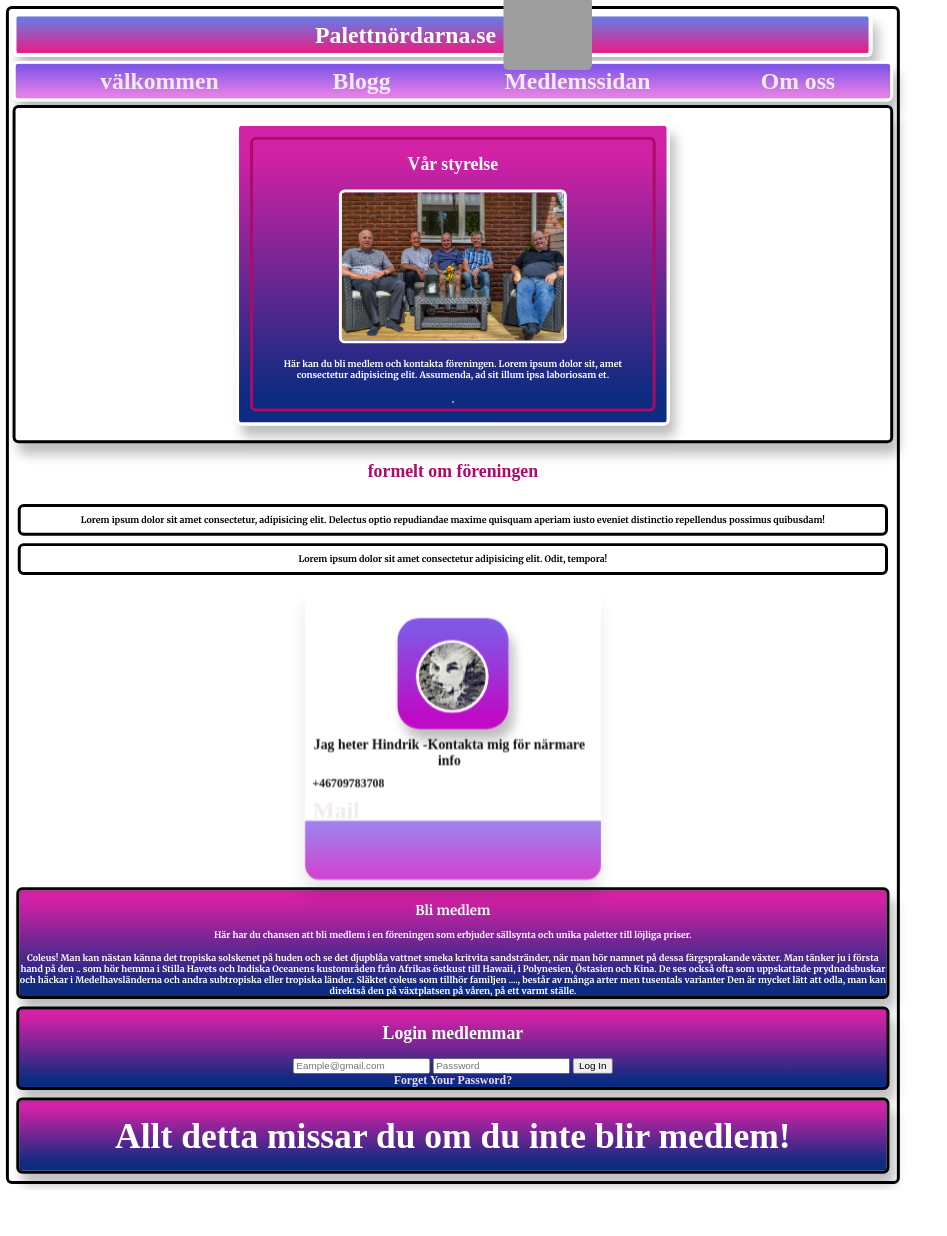
Repository: Webutveckling-20-21/lektion-3-CSS
Page: medlemssidan.html
An editor plug-in stored every save of this project. The page is shown before and after the next save, followed by the edit.
The browser window is 1280 px wide. The pictures show the whole page, at 74% of full size.
Pictures or frames that could not be fetched are drawn as grey boxes. Some web fonts or font styles are not loaded; a fallback is used.

Above is the page before, as saved 2021-10-14 16:42:24.

### medlemssidan.html
<!DOCTYPE html>
<html lang="en">

<head>
    <meta charset="UTF-8">
    <meta http-equiv="X-UA-Compatible" content="IE=edge">
    <meta name="viewport" content="width=device-width, initial-scale=1.0">
    <!-- <link rel="stylesheet" href="style3.css"> -->
    <link rel="stylesheet" href="style4.css">
    <title>om oss</title>
</head>

<body>
    <div class="header">

        <h1>Palettnördarna.se</h1>
        <div class="logo">
            <img src="images/logga.png" alt="logga" class="logo-img">
        </div>

    </div>

    <ul class="navbar">
        <li>
            <a href="valkommen.html"> välkommen</a>
        </li>
        <li class="nav-list">
            <a href="blogg.html">Blogg</a>
        </li>
        <li><a href="medlemssidan.html">Medlemssidan</a></li>
        <li><a href="om oss.html">Om oss</a></li>

    </ul>

    <div class="box">
        <!--
            Ta bort ett block för att få plats med inloggningslänkar mm
         -->

        <!--

        <div class="green">
            <div class="text-info">
                <p> Lorem ipsum dolor sit, amet consectetur adipisicing elit. Assumenda, ad sit illum ipsa laboriosam
                    et.</p>
                <h2>Blockbilder</h2>
                <div class="picture">
                    <div class="pics1 pics"> <img src="images/20171005_201321.jpg" alt=""> </div>
                    <div class="pics2 pics"> <img src="images/1493892949023.jpeg" alt=""> </div>
                    <div class="pics3 pics"> <img src="images/1494397130015.jpeg" alt=""> </div>
                    <div class="pics3 pics"> <img src="images/1494397130015.jpeg" alt=""> </div>
                    <div class="pics3 pics"> <img src="images/1494397130015.jpeg" alt=""> </div>
                </div>

            </div>
        </div>
         -->
         <div class="flex-red">
         <div class="red">
            <div class="text-info">
                <h2>Vår styrelse</h2>
                <div class="everything">
                <img src="images/styrelse.jpg" alt="styrelsen">
                <p> Här kan du bli medlem och kontakta föreningen. Lorem ipsum dolor sit, amet consectetur adipisicing
                    elit. Assumenda, ad sit illum ipsa laboriosam
                    et.</p>
                <hr>
            </div>
            </div>
    </div>

</div>
</div>

    <main class="main-content">
        <h2>formelt om föreningen</h2>
        <div class="information">
            <p>Lorem ipsum dolor sit amet consectetur, adipisicing elit. Delectus optio repudiandae maxime quisquam
                aperiam iusto eveniet distinctio repellendus possimus quibusdam!</p>
            <p>Lorem ipsum dolor sit amet consectetur adipisicing elit. Odit, tempora!

            </p>


<div class="card-container">
             <div class="card">

 <div class="content">
                    <div class="imgBx">
                        <img src="jag.jpg">
                    </div>
                    <div class="details">
                        <div>
                            <h3> Jag heter Hindrik -Kontakta mig för närmare info</h3>
                            <h2></h2>
                        </div>
                        <div>
                            <ion-icon name="call-outline"></ion-icon>
                            <span>+46709783708</span>
                        </div>
                        <div class="mail">
                            <ion-icon name="mail-outline"></ion-icon>
                            <span> <a href=" hindrikounpuu@gmail.com"> Mail</a></span>
                        </div>
                        <br>
                    </div>
                </div>
            </div>

        </div>
    </div>

    </main>

    <section class="contact-all">

        <h2>Bli medlem</h2>

        Här har du chansen att bli medlem i en föreningen som erbjuder sällsynta och unika
        paletter till löjliga priser. <br><br>

        Coleus! Man kan nästan känna det tropiska solskenet på huden och se det djupblåa vattnet smeka kritvita
        sandstränder, när man hör namnet på dessa färgsprakande växter.



        Man tänker ju i första hand på den .. som hör hemma i Stilla Havets och Indiska Oceanens kustområden från
        Afrikas östkust till Hawaii, i Polynesien, Östasien och Kina. De ses också ofta som uppskattade prydnadsbuskar
        och häckar i Medelhavsländerna och andra subtropiska eller tropiska länder.

        Släktet coleus som tillhör familjen ...., består av många arter men tusentals varianter Den är mycket lätt att
        odla, man kan direktså den på växtplatsen på våren, på ett varmt ställe.

        <!-- <div class="contact-info"> -->


        <!-- </div> -->

    </section>

    <section class="login-container">
        <!--inputs-->
        <div class="login-inputs">
            <!--heading-->
            <h1>Login medlemmar</h1>
            <form>
                <input type="email" placeholder="Eample@gmail.com">
                <input type="password" placeholder="Password">
                <button>Log In</button>
            </form>
            <!--forget-->
            <a href="#" class="forget">Forget Your Password?</a>
        </div>
    </section>

    <footer class="footer-place"> Allt detta missar du om du inte blir medlem!</footer>

</body>

</html>

### style4.css
@import url('https://fonts.googleapis.com/css2?family=Grechen+Fuemen&display=swap');
@import url('https://fonts.googleapis.com/css2?family=Roboto&display=swap');
@import url('https://fonts.googleapis.com/css2?family=Merriweather:wght@700&display=swap');

body {
    font-family: 'Grechen Fuemen', cursive;
    font-weight: bolder;
    border: 4px solid black;
    border-radius: 8px;
    max-width: 1200px;
}

.header {
    display: flex;
    width: 96%;
    height: 50px;
    border: 5px solid white;
    background: linear-gradient(to bottom, #6f76df 10%, #df258b 90%);
    box-shadow: 7.6px 15.2px 15.2px hsl(0deg 0% 0% / 0.26);
    border-radius: 8px;
    justify-content: center;
    align-items: center;
    margin: 5px;}

.header h1 {
    color:white;
    font-size:2.0rem;
    text-align:center;
    z-index: 2;
    margin-left: 40px;

}

.logo-img {
    border: 0px;
    height:100px;
    z-index:1;
    margin-right:10px;

}



.navbar {

    width: auto;
    height: auto;
    display: flex;
    align-items: center;
    justify-content: space-around;
    background-color: #eed9f8;
    margin: 5px;
    border-radius: 8px;
    flex-wrap: wrap;
}

audio {
    width: 200px;
    height: 50px;
}

ul {

    list-style-type: none;
    flex-wrap: wrap;
    margin-left: 5;
    margin-right: 5;
    padding: 10;
    width: 90%;
    height: auto;
    overflow: hidden;
    border: 4px solid white;
    background: linear-gradient(to bottom, #8257e7 10%, #e47ee7 90%);
    box-shadow: 7.6px 15.2px 15.2px hsl(0deg 0% 0% / 0.26);
}

.nav-list {
    margin: 5px;
    flex-wrap: wrap;

}

a {
    text-decoration: none;
    font-size: 2rem;
    color: rgb(241, 234, 241);


}

a:hover {
    background: linear-gradient(to bottom, #b371d1 10%, #eb5aaa 90%);
    border-radius:5px;
}

.card-container{
    display:flex;
    justify-content: center;
    align-items: center;
}
.card
{
    display:flex;
     position: relative;
    max-width: 400px;
    border-top: 2px solid rgba(255,255,255,0.5);
    height: 400px;
    background: rgba(255,255,255,0.1);
    backdrop-filter: blur(10px);
    border-radius: 20px;
    overflow: hidden;
    box-shadow: 0 25px 25px rgba(0,0,0,0.1);
    justify-content: center;
    align-items: center;
    z-index: 10;
    transition: 1s;
    /* margin-left: 20%; */


}
.card:hover
{
    transform: scale(1.2);
    background: rgba(255,255,255,0.2);
}
.card::before
{
    content: '';
    position: absolute;
    bottom: 0;
    width: 100%;
    height: 80px;
    background: linear-gradient(to bottom, #8257e7 10%, #bf0bc5 90%);
    opacity: 0.75;
}
.content
{
    display: flex;
    justify-content: center;
    align-self: center;
    gap: 10px;
    flex-wrap: wrap;
    text-align: center;

}
.content .imgBx{
    position: relative;
    width: 90px;
    height: 90px;
    overflow: hidden;
    border-radius: 30px;
    box-shadow: 0 0 0 10px rgba(255,255,255,0.1);
    -webkit-border-radius: 30px;
    -moz-border-radius: 30px;
    -ms-border-radius: 30px;
    -o-border-radius: 30px;
    padding: 30px;
    background: linear-gradient(to bottom, #8257e7 10%, #bf0bc5 90%);
    box-shadow: 7.6px 15.2px 15.2px hsl(0deg 0% 0% / 0.26);
}
.content .imgBx img
{
    display:flex;
    position: relative;
    top: 0px;
    left: 0px;
    width: 100%;
    height: 100%;
    object-fit: cover;
    justify-content: center;
    border-radius:  50% ;
    -webkit-border-radius:  50% ;
    -moz-border-radius:  50% ;
    -ms-border-radius:  50% ;
    -o-border-radius:  50% ;
    margin-left:-5px;

}

.details
{
    display: flex;
    flex-direction:column;
    gap: 10px;
}
.details h3
{
    font-weight: 600;
    color: #111;
}
.details div
{
    display: flex;
    align-items: center;
    gap: 10px;
}
.details ion-icon
{
    font-size: 1.4em;
    color: #111;
}
.details span
{
    color: #111;
}


/*
.thumbnail:hover {
    position: relative;
    top: -10px;
    /* left: -10px;
    right: 30px;
    width: 175px;
    height: auto;
    display: block;
    z-index: 999;
    transition: all .5s ease-in-out;
}  */

.marg-text {
    text-align: justify;
}

/* <img src="[your hosted image URL]" class="thumbnail" height="100" width="100" />  */



.box {
    /* background: linear-gradient(to bottom, #c69de7 10%, #e47ee7 90%); */
    /* height:200px; */
    display: flex;
    /* max-width: 100%; */
    align-items:center;
    justify-content: center;
    flex-direction: row;
    flex-wrap: wrap;
    border: 4px solid rgb(86, 5, 102);
    background-color: white;
    border-radius: 8px;
    flex-wrap: wrap;
    border: solid 4px black;
    margin: 5px;
    /* opacity: 0.5; */
    box-shadow: 7.6px 15.2px 15.2px hsl(0deg 0% 0% / 0.26);
}
.everything{
    display:flex;
    align-items: center;
    justify-content:center;
    flex-wrap: wrap;
}

.flex-red{
    display:flex;
   justify-content:center;
   align-items:center;
  width: 400px;

}

.red {
    display:flex;
    flex-direction: column;
    width: 90vh;
    margin: 20px;
    align-items: center;
    padding: 10px;
    color: white;
    border: 4px solid white;
    background: rgba(255, 255, 255, 0.1);
    border-radius: 8px;
    background: linear-gradient(to bottom, #d121a5 10%, #0d2b80 90%);
    box-shadow: 7.6px 15.2px 15.2px hsl(0deg 0% 0% / 0.26);

}
.text-info{
    display:flex;
    align-items: center;
   flex-direction: column;
    flex-wrap:wrap;
    text-align:center;
    width: 75vh;
    border-radius:10px;
}

.red .text-info img {
    width: 90vh;
    height:auto;

}


.red .text-info h2{
    text-align: center;
}

.main-content {
    display: flex;
    flex-direction: column;
    text-align: center;
    border:solid 4 #0d2b80;
    border-radius: 8px;
    margin: 2px;
}

main {
    border-radius: 8px;
}
.main-content>h2 {
    color: rgb(173, 10, 105);
}
.information>p {
    color: black;
    border: solid 4px black;
    border-radius: 8px;
}

.text-info {
    border: solid 4px rgb(173, 10, 105);
    border-radius: 8px;
    margin: 5px;

}

.picture {
    display: flex;
    flex-wrap: wrap;
    border: solid 4px rgb(173, 10, 105);

}

img {
    margin-left: 10px;
    margin-right: 10px;
    width: 120px;
    border-radius: 8px;
    max-width: 300px;
    /*margin: auto;*/
    border: 4px solid white;
}

h2 {
    justify-content: center;
    font-weight: 700;
}

h3 {
    margin: auto;
}

p {
    font-size: 0.75rem;
    text-align: center;
    margin: 10px;
    padding: 10px;
    font-family: 'Merriweather', serif;
    color: white;
    /* font-family: 'Roboto', sans-serif;   */

}

h3 {
    /* padding: 20px; */
    text-align: center;
}
.contact-all{
    display:flex;
    flex-wrap: wrap;
    flex-direction: row;
    /* flex-direction: stretch; */
    border:4px solid black;
    border-radius:8px;
    margin: 10px;
    justify-content: center;
    justify-content: space-evenly;


}
.be-member{
    flex:1;
    order:3;
    margin: 3px;;
}
.locals{
    flex:1;
    order:1;
    margin:5px;
}
.contact:{
    flex:1;
    order:2;
    margin:5px;
}

    /* .contact-info{

    flex-wrap: wrap;
    font-family: 'Merriweather', serif;
    font-size: .75rem;

/* } */
.content{
    display:flex;
    align-items: center;

}

.footer-place {
    display:flex;
    justify-content: center;
    align-items: stretch;
    padding: 20px;
    margin: 10px;
    border: 4px solid black;
    background: linear-gradient(180deg, #d121a5 10%, #0d2b80 90%);
    box-shadow: 7.6px 15.2px 15.2px hsl(0deg 0% 0% / 0.26);
    border-radius: 8px;
    font-size:3rem;
    color:white;
    text-align:center;
}

.pics {
    margin: 5px;
}

 section{
    display:flex;
    justify-content: center;
    background: linear-gradient(180deg, #d121a5 10%, #0d2b80 90%);
    box-shadow: 7.6px 15.2px 15.2px hsl(0deg 0% 0% / 0.26);

 }

 .contact-all{
     text-align: center;
   color:blueviolet;
   font-family: 'Merriweather', serif;
   font-size:0.75rem;
   color:white;

}


.login-container {
    background-color: #df258b;
    margin:10px;
    border-radius: 8px;
    color:white;
    text-align: center;
    border:4px solid black;
}
.forget{
    color: #eed9f8;
    font-size:1rem;

}
/* Portrait and Landscape */
@media only screen
  and (min-device-width: 320px)
  and (max-device-width: 480px)
  and (-webkit-min-device-pixel-ratio: 2) {

After the next save:
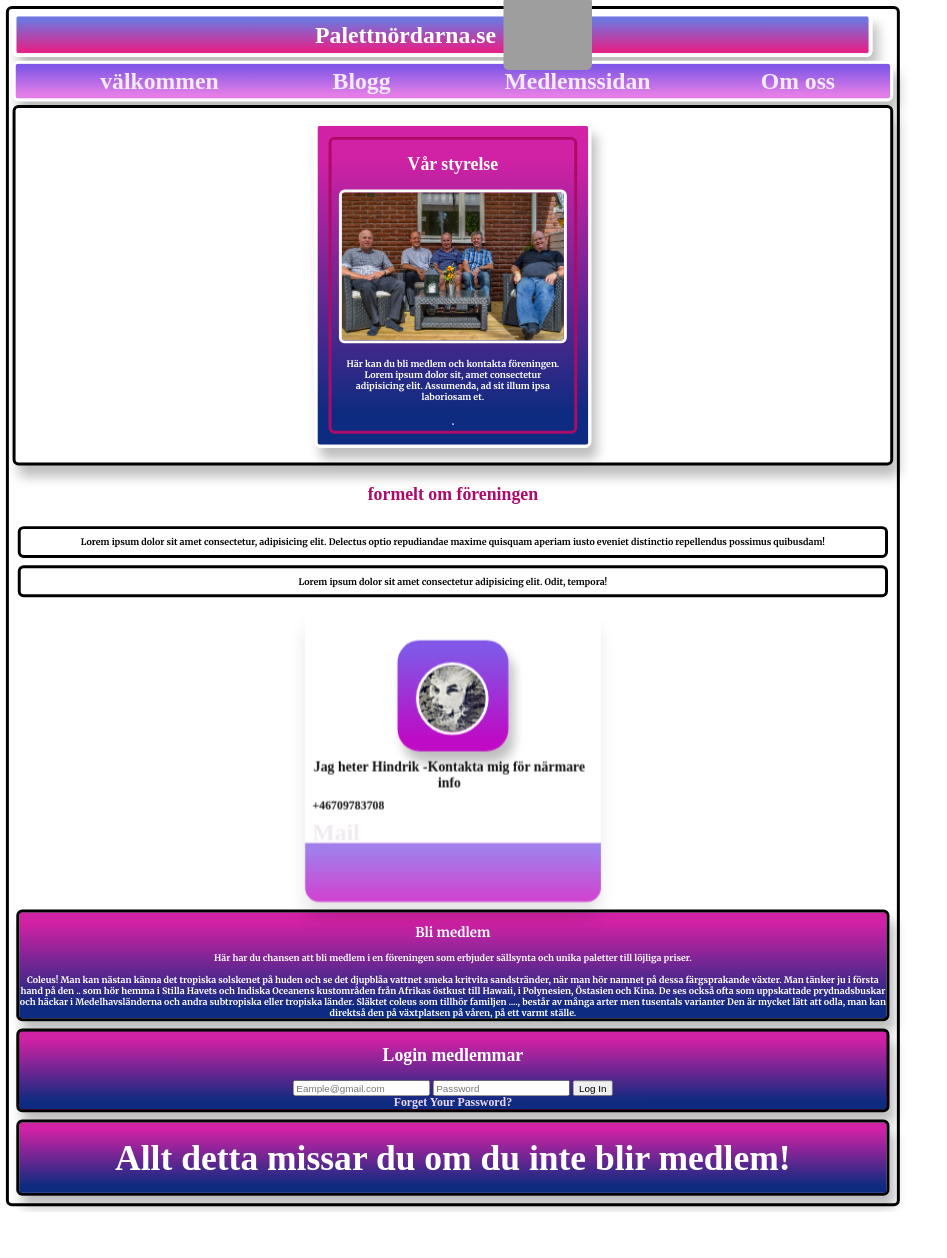
Saved 12 s later.
--- a/style4.css
+++ b/style4.css
@@ -280,8 +280,7 @@ a:hover {
    flex-direction: column;
     flex-wrap:wrap;
     text-align:center;
-    width: 75vh;
-    border-radius:10px;
+
 }
 
 .red .text-info img {
